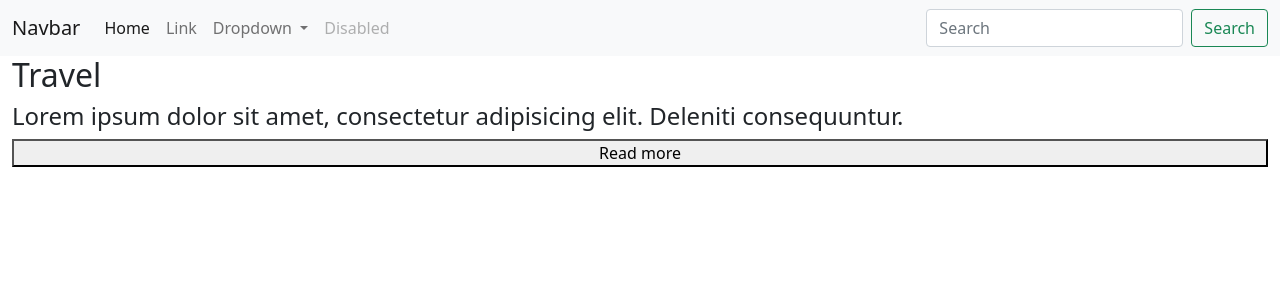
Repository: nptg3105/lab04-landing-page-boostrap5
Page: index.html
These files come from the project's save history. The page is drawn as it stood at one moment and after the next save; the edit follows.
The browser window is 1280 px wide. The pictures show the whole page.

Above is the page before, as saved 2021-12-19 06:38:52.

After the next save:
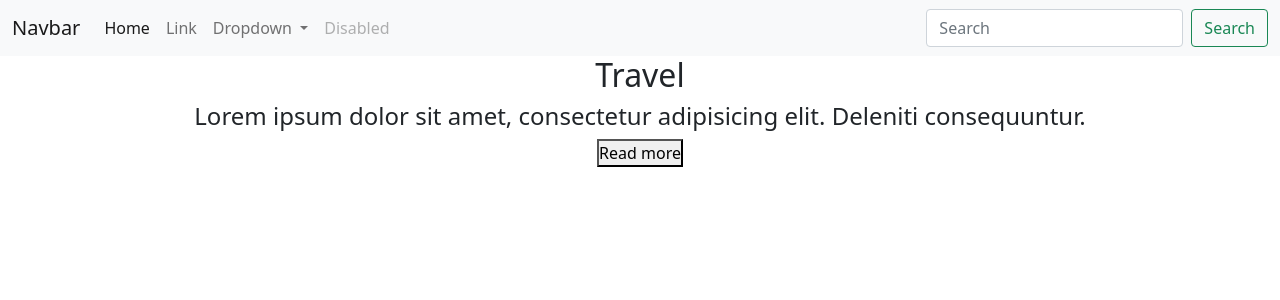
Saved 38 s later.
--- a/index.html
+++ b/index.html
@@ -76,7 +76,7 @@
         </div>
       </nav>
       <div class="hero">
-       <div class="container-fluid d-flex flex-column">
+       <div class="container-fluid d-flex flex-column justify-content-center align-items-center">
          <h2>Travel</h2>
          <h4>Lorem ipsum dolor sit amet, consectetur adipisicing elit. Deleniti consequuntur.</h4>
          <button>Read more <i class="fa fa-book"></i></button>
